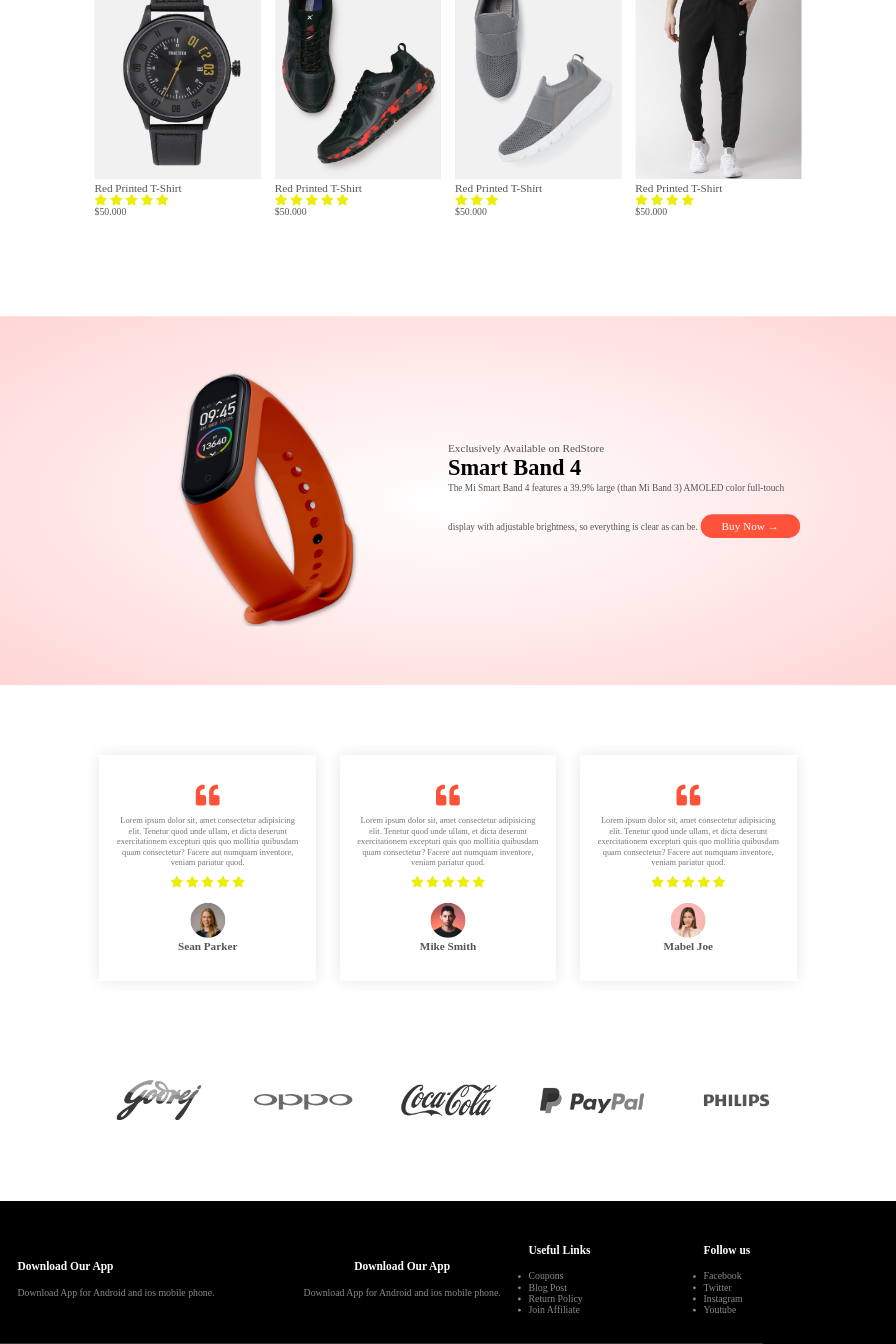
Repository: tuan21052000/Frontend
Page: index.html
The author's editor kept a copy of each file at every save. The page is drawn from the files as they stood at one save, then again after the next save.
The browser window is 1280 px wide. The pictures show the part of the page from y = 2534 to 4454 px (the page is 4454 px tall), at 70% of full size.

Above is the page before, as saved 2022-05-09 21:40:26.

After the next save:
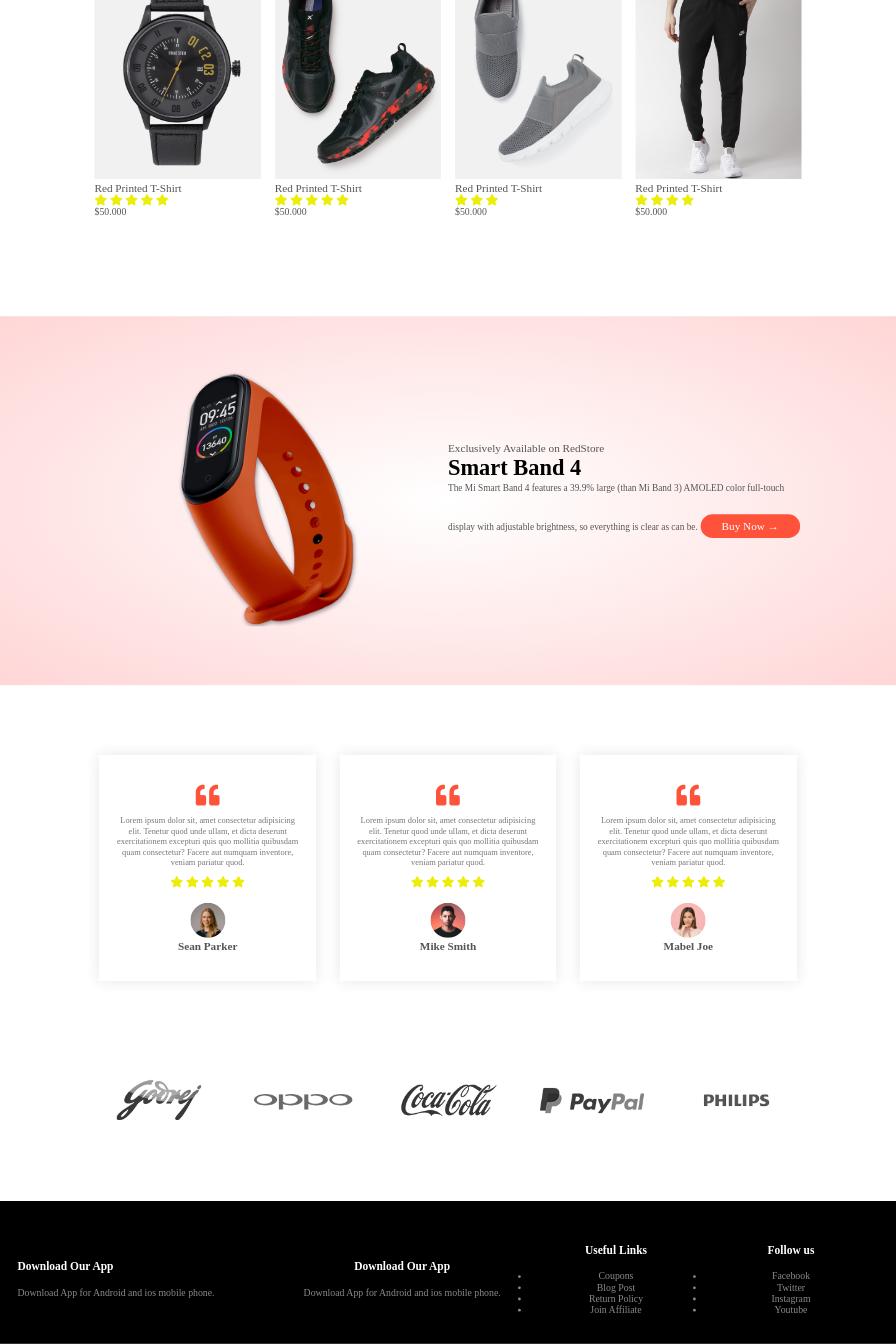
Saved 68 s later.
--- a/style.css
+++ b/style.css
@@ -213,3 +213,7 @@
    width: 180px;
    margin-bottom: 20px;
 }
+.footer-col-3, .footer-col-4{
+   flex-basis: 12%;
+   text-align: center;
+}
